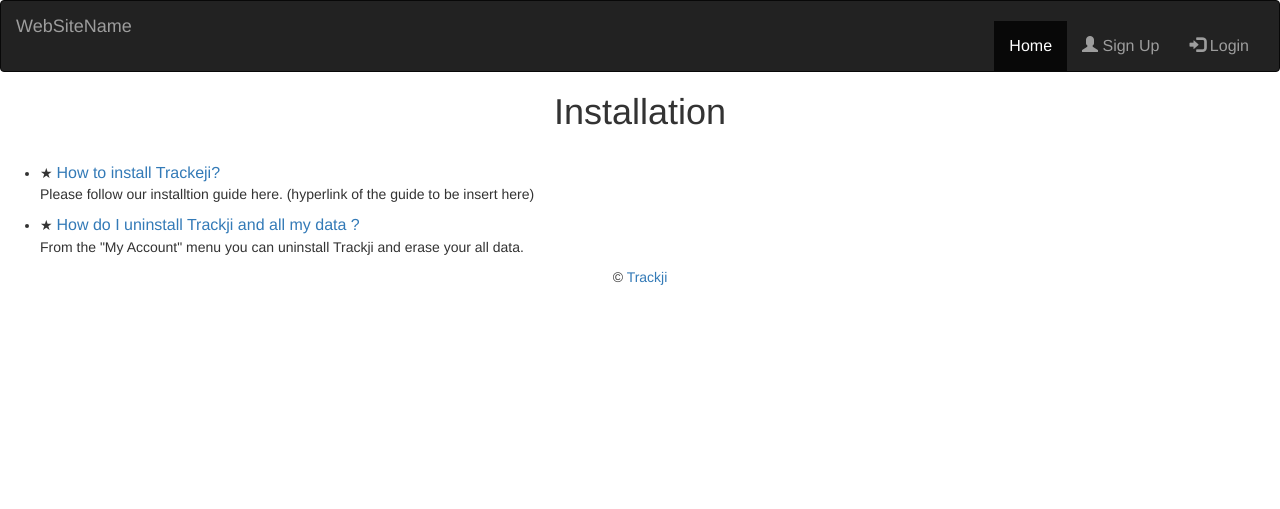
Repository: prathmeshgodbole/Web_Development
Page: Mobile_tracker/Installation.html
An editor plug-in stored every save of this project. The page is shown before and after the next save, followed by the edit.
The browser window is 1280 px wide. The pictures show the whole page.

Above is the page before, as saved 2020-03-08 18:01:51.

### Mobile_tracker/Installation.html
<!DOCTYPE html>
<html lang="en">



<head>
    <title>Bootstrap Example</title>
    <meta charset="utf-8">
    <meta name="viewport" content="width=device-width, initial-scale=1">
    <link rel="stylesheet" href="https://maxcdn.bootstrapcdn.com/bootstrap/3.4.1/css/bootstrap.min.css">
    <link rel="stylesheet" href="./css/installation.css">
    <script src="https://ajax.googleapis.com/ajax/libs/jquery/3.4.1/jquery.min.js"></script>
    <script src="https://maxcdn.bootstrapcdn.com/bootstrap/3.4.1/js/bootstrap.min.js"></script>
</head>

<body>

    <nav class="navbar navbar-inverse">
        <div class="container-fluid">
            <div class="navbar-header">
                <button type="button" class="navbar-toggle" data-toggle="collapse" data-target="#myNavbar">
        <span class="icon-bar"></span>
        <span class="icon-bar"></span>
        <span class="icon-bar"></span>
      </button>
                <a class="navbar-brand" href="#">WebSiteName</a>
            </div>
            <div class="collapse navbar-collapse" id="myNavbar">

                <ul class="nav navbar-nav navbar-right">
                    <li class="active"><a href="#">Home</a></li>
                    <li><a href="#"><span class="glyphicon glyphicon-user"></span> Sign Up</a></li>
                    <li><a href="#"><span class="glyphicon glyphicon-log-in"></span> Login</a></li>
                </ul>
            </div>
        </div>
    </nav>




    <div class="section-header">
        <h1 class="section-title">Installation</h1>




        <ul class="article-list">

            <li class="article-promoted">
                <span data-title="Promoted article">★</span>
                <a href="">How to install Trackeji?</a>
                <p>Please follow our installtion guide here. (hyperlink of the guide to be insert here)</p>
            </li>

            <li class="article-promoted">
                <span data-title="Promoted article">★</span>
                <a href="">How do I uninstall Trackji and all my data ?</a>
                <p>From the "My Account" menu you can uninstall Trackji and erase your all data.</p>
            </li>

        </ul>
    </div>
    <!--/.container-->
    <footer class="footer container">
        <div class="container-inner">
            <p class="copyright">&copy; <a href=>Trackji</a></p>
        </div>
    </footer>



</body>

</html>

### Mobile_tracker/css/installation.css
*body {
    margin: 0%;
    padding: 0%;
}

.section-header h1 {
    text-align: center;
}

ul {
    margin-top: 30px;
}

ul li a {
    margin-top: 20px;
    font-size: medium;
}

ul li a p {
    margin-top: 10px;
}

.footer {
    text-align: center;
}

After the next save:
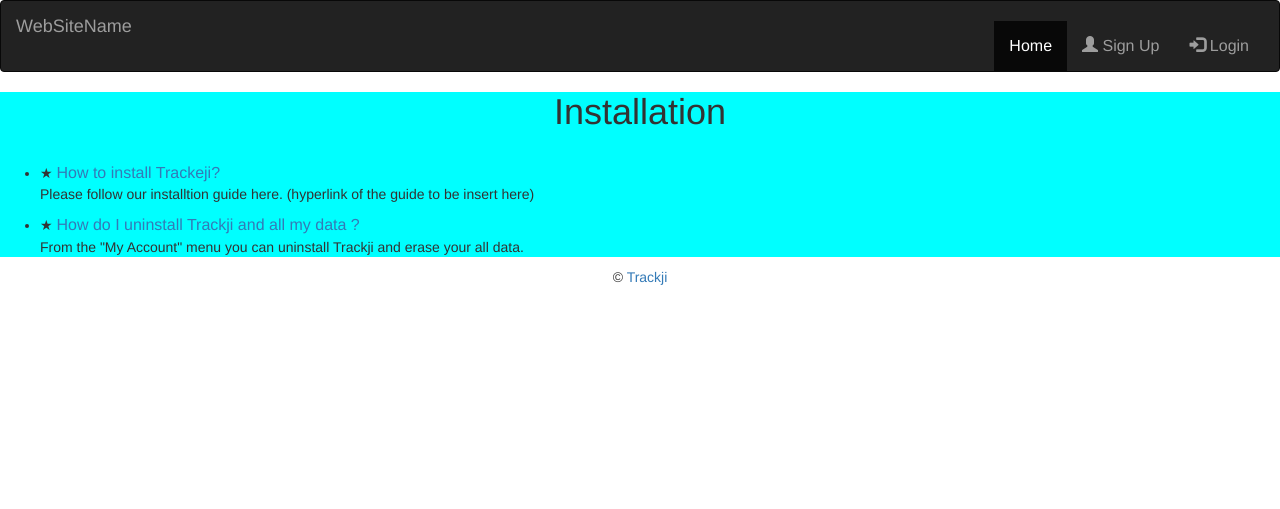
Saved 32 s later.
--- a/Mobile_tracker/css/installation.css
+++ b/Mobile_tracker/css/installation.css
@@ -1,6 +1,10 @@
 *body {
     margin: 0%;
     padding: 0%;
+}
+
+.section-header {
+    background-color: aqua;
 }
 
 .section-header h1 {

After the save that followed:
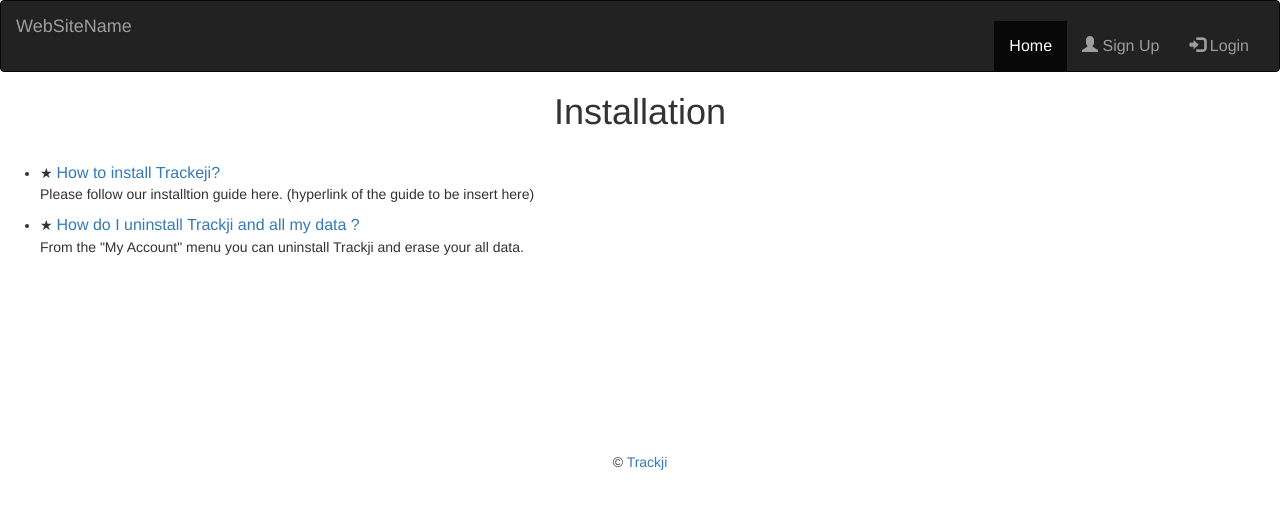
Saved 29 s later.
--- a/Mobile_tracker/css/installation.css
+++ b/Mobile_tracker/css/installation.css
@@ -4,7 +4,7 @@
 }
 
 .section-header {
-    background-color: aqua;
+    height: 50vh;
 }
 
 .section-header h1 {
